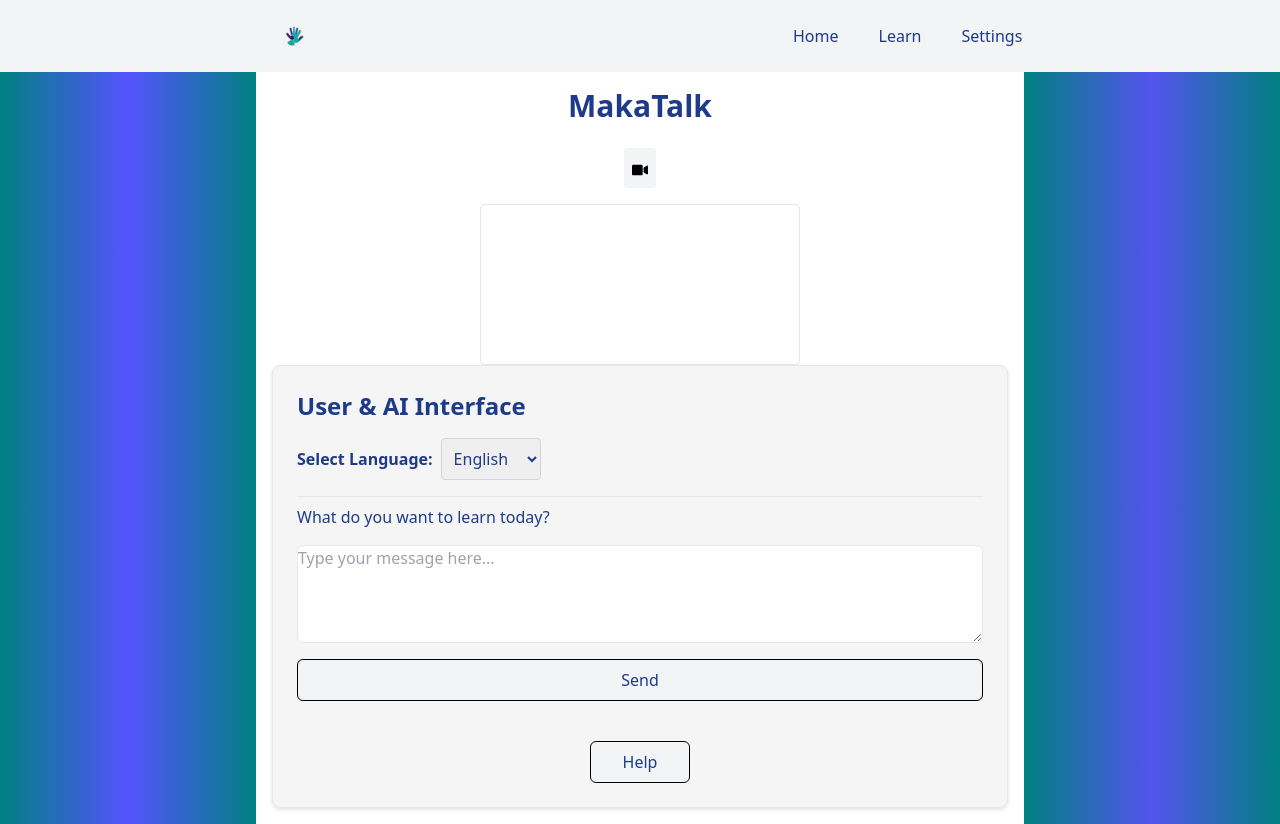
Repository: maria2469/MakaTalk
Page: /learn
The author's editor kept a copy of each file at every save. The page is drawn from the files as they stood at one save, then again after the next save.
The browser window is 1280 px wide. The pictures show the whole page.
The project was rebuilt for these pictures with package versions that can differ from the ones it lists, and the page was loaded fresh each time. Also part of the build but not shown: vite.config.js, src/components/LandingPage/Landing.jsx.

Above is the page before, as saved 2024-10-09 14:39:59.

After the next save:
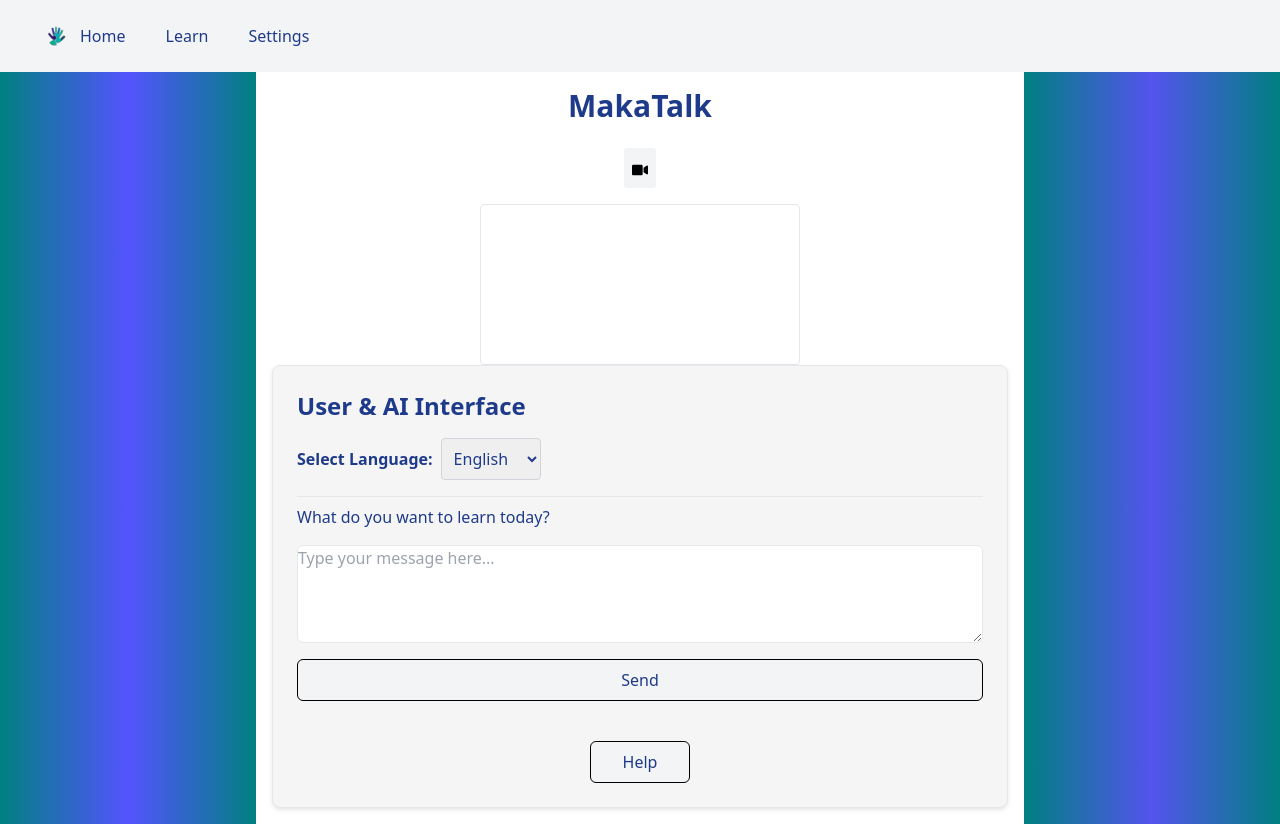
Saved 13 s later.
--- a/src/components/LandingPage/Navbar.jsx
+++ b/src/components/LandingPage/Navbar.jsx
@@ -2,7 +2,7 @@ import React from 'react';
 
 const Navbar = () => {
   return (
-    <div className="flex items-center justify-around p-3 bg-gray-100 text-blue-900">
+    <div className="flex items-center justify- p-3 bg-gray-100 text-blue-900">
       <img src="/images/MakaTalkLogo.svg" alt="Logo" className="h-12 w-auto ml-5 justify-center" /> {/* Logo aligned to the extreme left */}
       <div className="flex space-x-10 mr-2 justify-center">
         <p className="cursor-pointer hover:text-black">Home</p>
